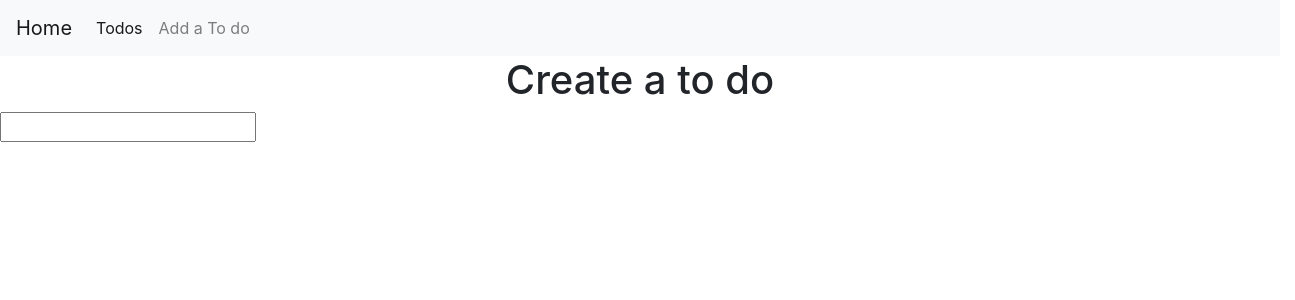
Repository: Azariagmt/laravel-to-do-app
Page: http://localhost/new-to-do
An editor plug-in stored every save of this project. The page is shown before and after the next save, followed by the edit.
The browser window is 1280 px wide. The page is 1295 px wide, so the pictures cover 1295 px, including what lies to the right of the window. The pictures show the whole page.
The page is served by the project's Laravel application, run on PHP 8.4 with Laravel 8.

Above is the page before, as saved 2020-04-27 22:45:22.

After the next save:
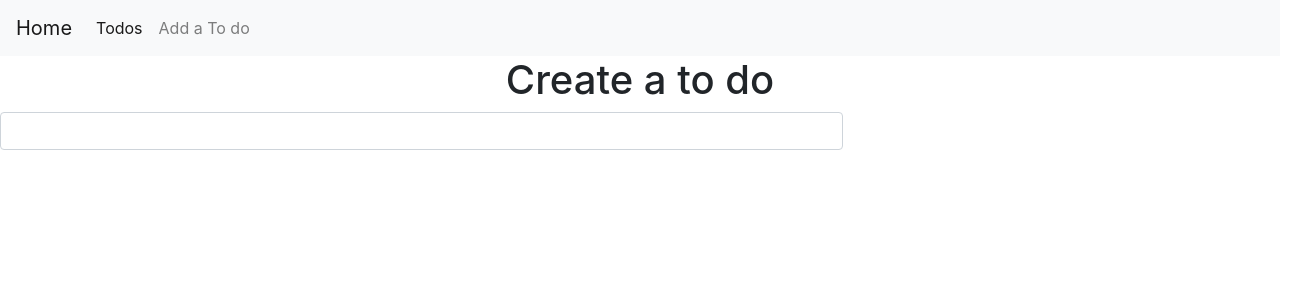
Saved 5 s later.
--- a/resources/views/todos/new.blade.php
+++ b/resources/views/todos/new.blade.php
@@ -8,7 +8,7 @@ Create a to do
 <div class="col-md-8">
 <form action="">
 <div class="form-group">
-<input type="text class="form-control">
+<input type="text" class="form-control">
 </div>
 </form>
 </div>
